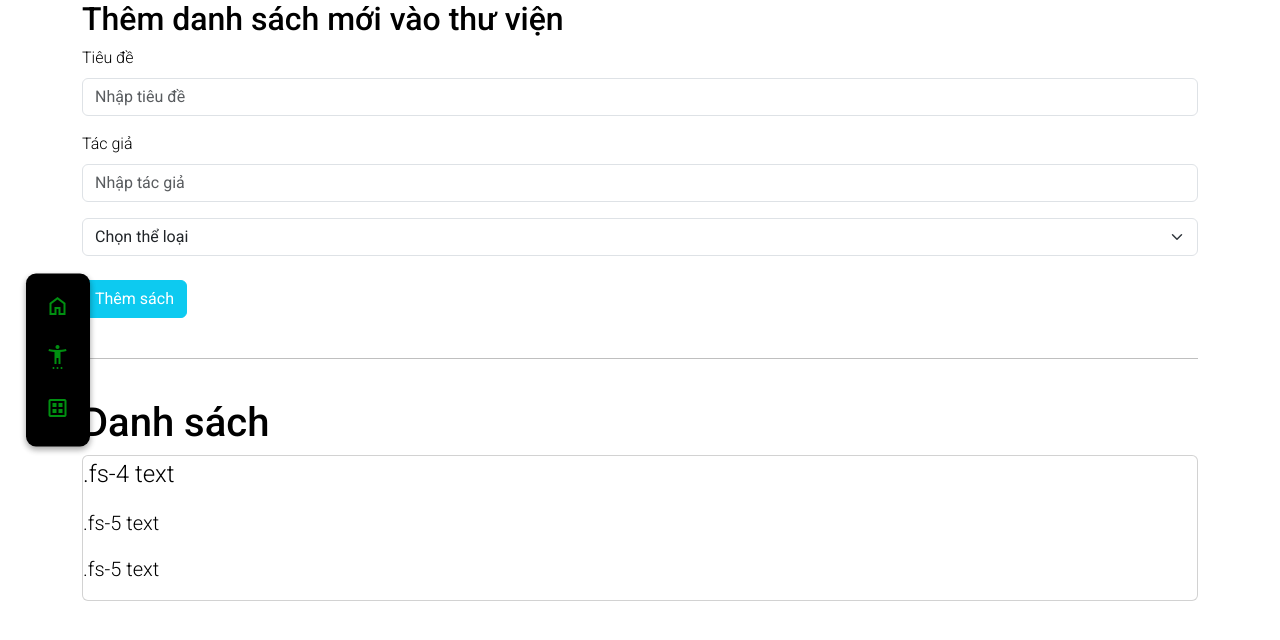
Repository: tuankiet10920/homeworkFEF
Page: /about
The author's editor kept a copy of each file at every save. The page is drawn from the files as they stood at one save, then again after the next save.
The browser window is 1280 px wide. The pictures show the whole page.
The project was rebuilt for these pictures with package versions that can differ from the ones it lists, and the page was loaded fresh each time. Also part of the build but not shown: vite.config.js, src/views/HomeView.vue. Imported but missing from the stored project, and not drawn on this page: src/assets/audio/intro.mp3.

Above is the page before, as saved 2024-10-24 11:58:19.

### index.html
<!doctype html>
<html lang="en">
  <head>
    <meta charset="UTF-8" />
    <link rel="icon" href="/favicon.ico" />
    <meta name="viewport" content="width=device-width, initial-scale=1.0" />
    <link
      href="https://cdn.jsdelivr.net/npm/bootstrap@5.3.3/dist/css/bootstrap.min.css"
      rel="stylesheet"
      integrity="sha384-QWTKZyjpPEjISv5WaRU9OFeRpok6YctnYmDr5pNlyT2bRjXh0JMhjY6hW+ALEwIH"
      crossorigin="anonymous"
    />
    <link
      rel="stylesheet"
      href="https://fonts.googleapis.com/css2?family=Material+Symbols+Outlined:opsz,wght,FILL,GRAD@20..48,100..700,0..1,-50..200"
    />
    <link rel="preconnect" href="https://fonts.googleapis.com" />
    <link rel="preconnect" href="https://fonts.gstatic.com" crossorigin />
    <link
      href="https://fonts.googleapis.com/css2?family=Roboto:ital,wght@0,100;0,300;0,400;0,500;0,700;0,900;1,100;1,300;1,400;1,500;1,700;1,900&display=swap"
      rel="stylesheet"
    />
    <title>Vite App</title>
    <link rel="stylesheet" href="./src/assets/css/main.css" />
  </head>
  <body>
    <div id="app"></div>
    <script
      src="https://cdn.jsdelivr.net/npm/bootstrap@5.3.3/dist/js/bootstrap.bundle.min.js"
      integrity="sha384-YvpcrYf0tY3lHB60NNkmXc5s9fDVZLESaAA55NDzOxhy9GkcIdslK1eN7N6jIeHz"
      crossorigin="anonymous"
    ></script>
    <script type="module" src="/src/main.js"></script>
  </body>
</html>

### src/assets/css/main.css
* {
  margin: 0;
  padding: 0;
  box-sizing: border-box;
  text-decoration: none;
  color: #000;
  font-size: 16px;
  font-family: 'Roboto', sans-serif;
  font-weight: 300;
  font-style: normal;
}

### src/App.vue
<script setup>
import { RouterLink, RouterView } from 'vue-router'
import GetSrcImage from './assets/help/getSrcImage.js'
import Icon from './components/Icon.vue'
</script>

<template>
  <header>
    <div class="wrapper">
      <nav>
        <RouterLink to="/">
          <Icon iconName="home" />
        </RouterLink>

        <RouterLink to="/about">
          <Icon iconName="settings_accessibility" />
        </RouterLink>

        <RouterLink to="/labs">
          <Icon iconName="dataset" />
        </RouterLink>
      </nav>
    </div>
  </header>
  <RouterView />
</template>

<style scoped>
.wrapper nav a {
  margin-bottom: 20px;
  width: fit-content;
  text-decoration: none;
}
.wrapper nav a span {
  color: #009011;
}
.wrapper nav a:last-child {
  margin-bottom: 0;
}
nav {
  display: flex;
  flex-direction: column;
  justify-content: center;
  position: absolute;
  top: 50%;
  left: 2%;
  transform: translateY(-50%);
  padding: 20px;
  border-radius: 10px;
  background: #000;
  box-shadow:
    rgba(0, 0, 0, 0.16) 0px 3px 6px,
    rgba(0, 0, 0, 0.23) 0px 3px 6px;
}
</style>

### src/router/index.js
import { createRouter, createWebHistory } from 'vue-router'
import HomeView from '../views/HomeView.vue'

const router = createRouter({
  history: createWebHistory(import.meta.env.BASE_URL),
  routes: [
    {
      path: '/',
      name: 'home',
      component: HomeView,
    },
    {
      path: '/about',
      name: 'about',
      // route level code-splitting
      // this generates a separate chunk (About.[hash].js) for this route
      // which is lazy-loaded when the route is visited.
      component: () => import('../views/AboutView.vue'),
    },
    {
      path: '/labs',
      name: 'labs',
      component: () => import('../views/LabView.vue'),
    }
  ],
})

export default router

### src/assets/help/getSrcImage.js
const getSrcImage = (image) => {
    let __path = 'http://localhost:5173/src/assets/img/'
    return __path + image
}
export default getSrcImage

### src/components/Icon.vue
<script setup>
const props = defineProps(['iconName'])
</script>
<template>
  <span class="material-symbols-outlined"> {{ props.iconName }} </span>
</template>
<style scoped></style>

### src/views/AboutView.vue
<script setup>
import Bai1 from '../Labs/Lab4/Bai1.vue'
</script>
<template>
  <Bai1 />
</template>

<style></style>

### src/Labs/Lab4/Bai1.vue
<script setup>
import { ref, reactive } from 'vue'

const types = ref([
  {
    id: 1,
    name: 'Tiểu thuyết',
  },
  {
    id: 2,
    name: 'Phi hư cấu',
  },
  {
    id: 3,
    name: 'Khoa học',
  },
  {
    id: 4,
    name: 'Lịch sử',
  },
  {
    id: 5,
    name: 'Phát triển bản thân',
  },
])

const book = reactive({
  id: null,
  title: '',
  author: '',
  category: '',
  quantity: null,
})

const listBooks = ref([])

const addBook = () => {
  // Add the book to the library
  if (book.title !== '' && book.author !== '' && book.category !== '') {
    listBooks.value.push({
      id: Date.now(),
      title: book.title,
      author: book.author,
      category: book.category,
      quantity: book.quantity,
    })
    // return value equal null
    book.id = null
    book.title = ''
    book.author = ''
    book.category = ''
    book.quantity = 1
  }
}
</script>
<template>
  <div class="container">
    <form @submit.prevent="">
      <h2>Thêm danh sách mới vào thư viện</h2>
      <div class="mb-3">
        <label for="title" class="form-label">Tiêu đề</label>
        <input
          type="text"
          class="form-control"
          id="title"
          v-model="book.title"
          placeholder="Nhập tiêu đề"
        />
      </div>
      <div class="mb-3">
        <label for="author" class="form-label">Tác giả</label>
        <input
          type="text"
          class="form-control"
          id="author"
          v-model="book.author"
          placeholder="Nhập tác giả"
        />
      </div>
      <select class="form-select" aria-label="Thể loại" v-model="book.category">
        <option value="">Chọn thể loại</option>
        <option v-for="type in types" :value="type.id">
          {{ type.name }}
        </option></select
      ><br />
      <button type="submit" class="btn btn-info text-white">Thêm sách</button>
    </form>
    <br />
    <hr />
    <br />
    <h1>Danh sách</h1>
    <div class="card">
      <p class="fs-4">.fs-4 text</p>
      <p class="fs-5">.fs-5 text</p>
      <p class="fs-5">.fs-5 text</p>
    </div>
  </div>
</template>
<style scoped></style>

Loaded but not shown: src/main.js (common file)

After the next save:
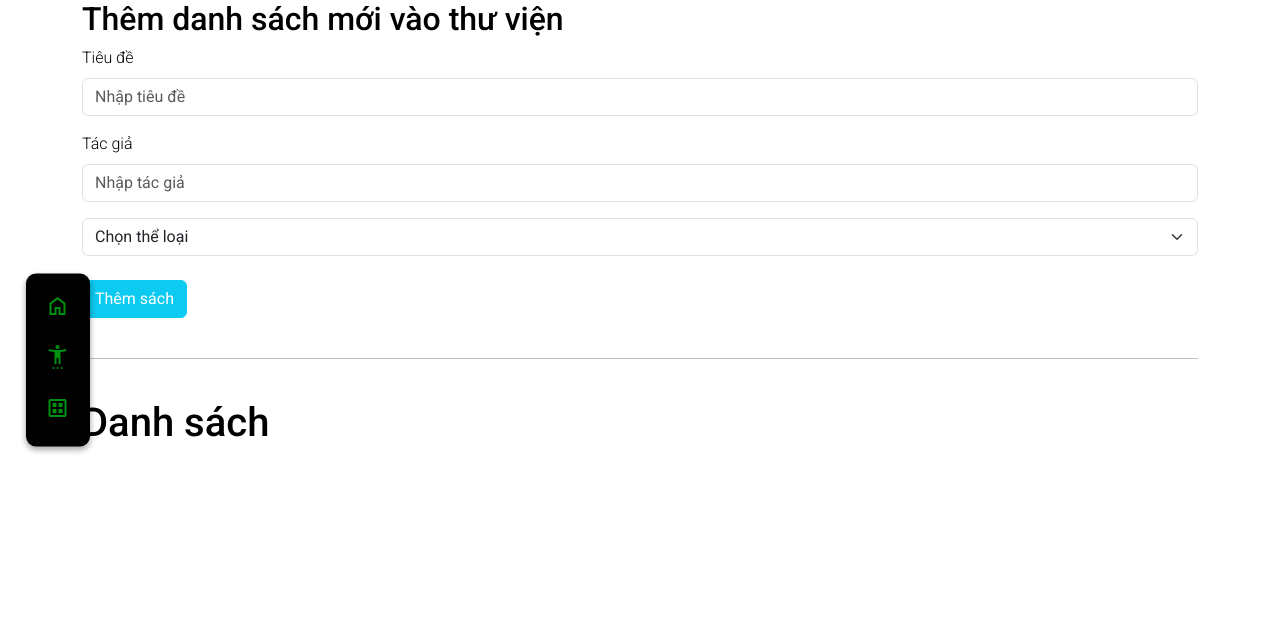
Saved 101 s later.
--- a/src/Labs/Lab4/Bai1.vue
+++ b/src/Labs/Lab4/Bai1.vue
@@ -89,10 +89,10 @@ const addBook = () => {
     <hr />
     <br />
     <h1>Danh sách</h1>
-    <div class="card">
-      <p class="fs-4">.fs-4 text</p>
-      <p class="fs-5">.fs-5 text</p>
-      <p class="fs-5">.fs-5 text</p>
+    <div class="card" v-for="book in listBooks">
+      <p class="fs-4">{{ book.title }}</p>
+      <p class="fs-5">Tác giả: {{ book.author }}</p>
+      <p class="fs-5">Thể loại: {{ book.category }}</p>
     </div>
   </div>
 </template>
